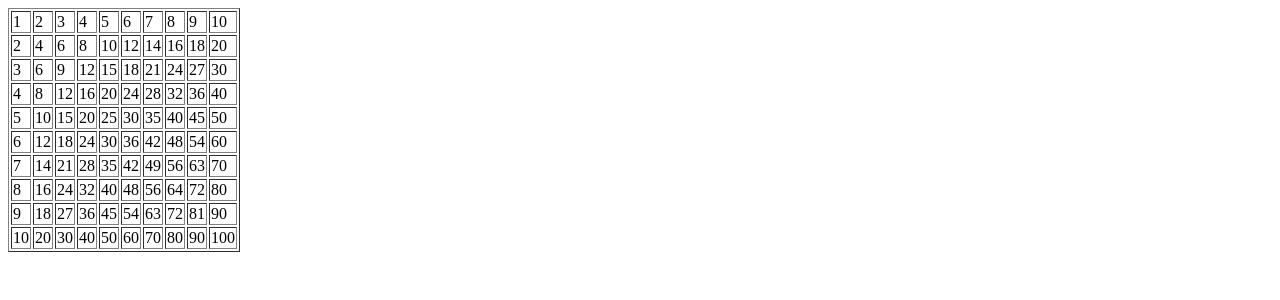
Repository: jeongho97/JSP
Page: http://localhost/JSP/예제2.jsp
The author's editor kept a copy of each file at every save. The page is drawn from the files as they stood at one save, then again after the next save.
The browser window is 1280 px wide. The pictures show the whole page.
The page is served by Tomcat 9.

Above is the page before, as saved 2022-05-17 02:40:45.

After the next save:
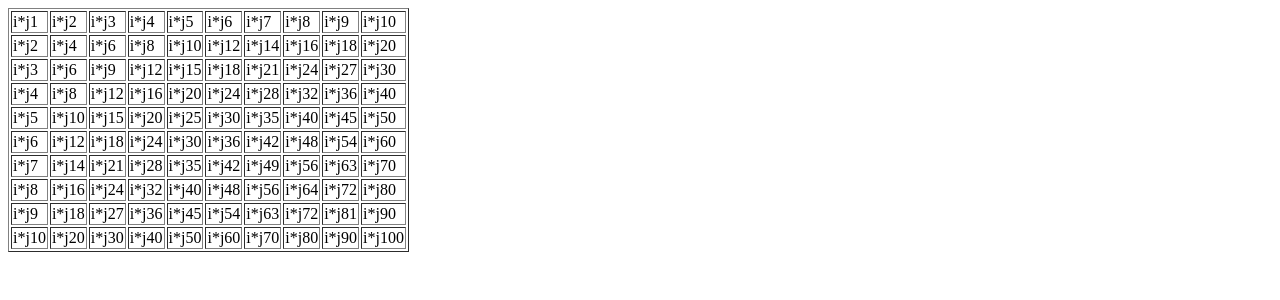
Saved 81 s later.
--- a/JSP/WebContent/예제2.jsp
+++ b/JSP/WebContent/예제2.jsp
@@ -21,7 +21,7 @@
 		for(j=1;j<=10;j++){
 %>
 
-			<td><%=i*j%></td>
+			<td>i*j<%=i*j%></td>
 
 <%
 		}
